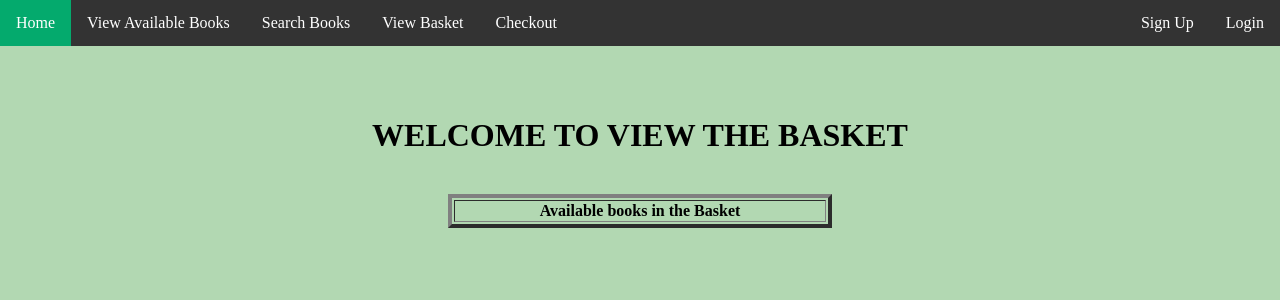
Repository: sach7691/original-book-store
Page: http://localhost/online-book-store-application/display_basket.jsp
The author's editor kept a copy of each file at every save. The page is drawn from the files as they stood at one save, then again after the next save.
The browser window is 1280 px wide. The pictures show the whole page.
The page is served by Tomcat 9. The template is opened directly, without the code that normally fills it, so the values that code supplies are empty.

Above is the page before, as saved 2022-08-26 12:33:19.

After the next save:
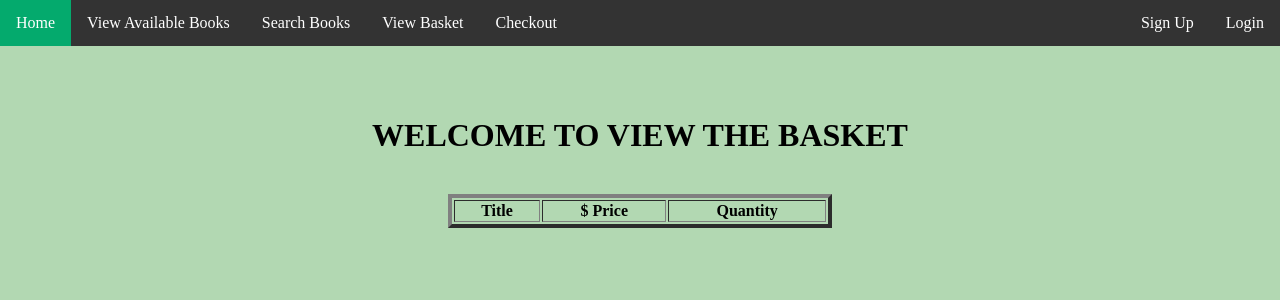
Saved 74 s later.
--- a/online-book-store-application/src/main/webapp/display_basket.jsp
+++ b/online-book-store-application/src/main/webapp/display_basket.jsp
@@ -80,7 +80,9 @@ List<Basket> b = (List<Basket>)session.getAttribute("bList");
 <br>
 <table border="4" style="width:30%">
   <tr>
-    <th>Available books in the Basket</th>
+    <th>Title</th>
+    <th>$ Price</th>
+    <th>Quantity</th>
   </tr>
    <c:forEach items="${bList}" var="b">
    <tr style = "text-align :center ">
